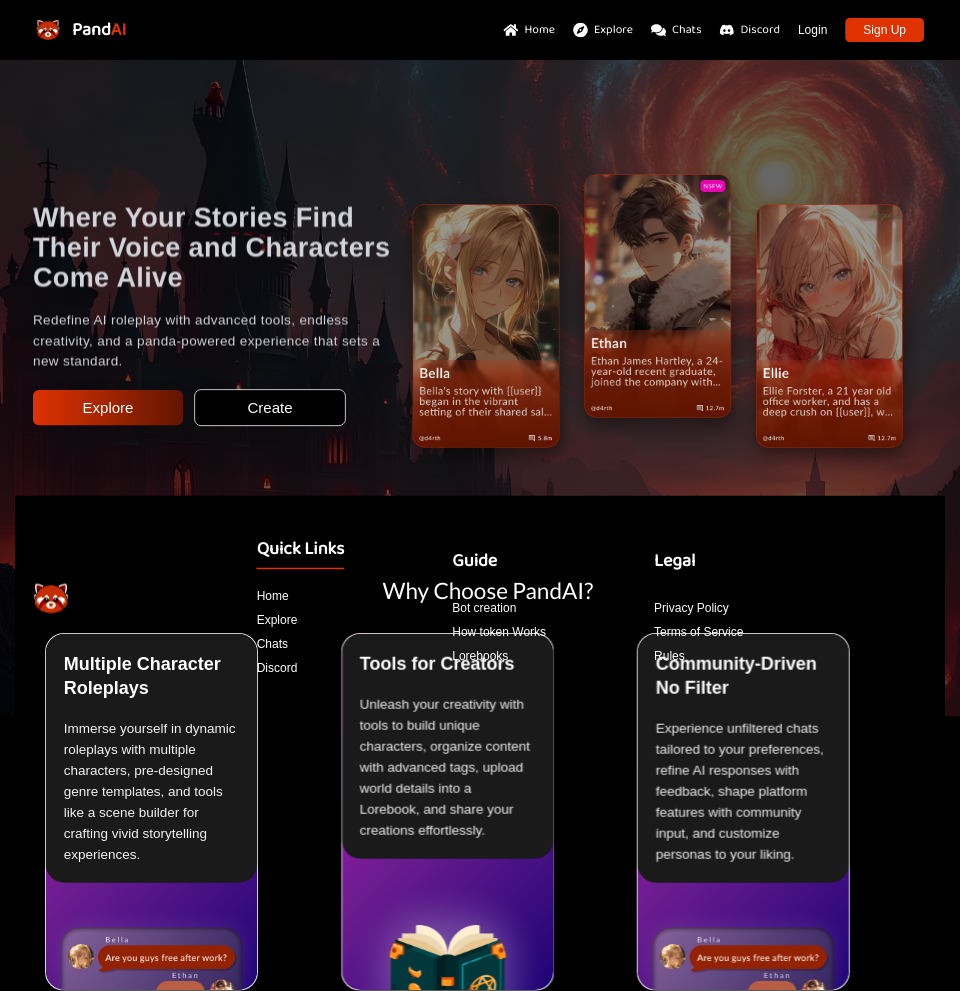
Repository: PandamoniumAI/Pandamonium
Page: /preview
These files come from the project's save history. The page is drawn as it stood at one moment and after a run of saves; the edit follows.
The browser window is 1280 px wide. The pictures show the whole page, at 75% of full size.
Some web libraries are served in a nearby version. The project was rebuilt for these pictures with package versions that can differ from the ones it lists, and the page was loaded fresh each time. Also part of the build but not shown: vite.config.js, src/Utils/Utils.js, src/Components/SearchBar/SearchBar.jsx, src/Components/CSS/CharacterCard.css, src/Components/CharacterCard/CharacterCard.jsx, src/Components/CSS/CharacterCardModal.css, src/Components/CharacterCardModal/CharacterCardModal.jsx, src/Components/CSS/Tags.css and 15 more.

Above is the page before, as saved 2025-01-01 22:05:44.

### index.html
<!doctype html>
<html lang="en">
  <head>
    <meta charset="UTF-8" />
    <link rel="icon" type="image/svg+xml" href="/src/assets/animal.png"/>
    <meta name="viewport" content="width=device-width, initial-scale=1.0" />
    <title>Pandamonium</title>
    <link
      href="https://cdn.jsdelivr.net/npm/bootstrap@5.3.0-alpha1/dist/css/bootstrap.min.css"
      rel="stylesheet"
    />
    <link
      href="https://cdn.jsdelivr.net/npm/bootstrap-icons/font/bootstrap-icons.css"
      rel="stylesheet"
    />
    <link
      href="https://cdnjs.cloudflare.com/ajax/libs/animate.css/4.1.1/animate.min.css"
      rel="stylesheet"
    />
  </head>

  <body>
    <div id="root"></div>
    <script src="https://kit.fontawesome.com/68b5244ee4.js" crossorigin="anonymous"></script>
    <script src="https://cdn.jsdelivr.net/npm/react/umd/react.production.min.js"></script>
    <script src="https://cdn.jsdelivr.net/npm/react-dom/umd/react-dom.production.min.js"></script>
    <script type="module" src="/src/main.jsx"></script>
    <script src="https://cdn.jsdelivr.net/npm/bootstrap@5.3.0-alpha1/dist/js/bootstrap.bundle.min.js"></script>
  </body>
</html>

### src/App.jsx
import HomePage from "./Components/HomePage/HomePage.jsx";
import Chat from "./Components/Chat/Chat.jsx";
import Create from "./Components/Create/Create.jsx";
import Error from "./Components/Error/Error.jsx";
import { BrowserRouter as Router, Routes, Route } from "react-router-dom";
import Preview from "../src/Preview/Preview.jsx";
function App() {
  return (
    <Router>
      <Routes>
        <Route path="/" element={<HomePage />} />
        <Route path="/chat/:characterId" element={<Chat />} />
        <Route path="/create" element={<Create />} />
        <Route path="*" element={<Error />} />
        <Route path="/preview" element={<Preview />} />
      </Routes>
    </Router>
  );
}

export default App;

### src/Preview/Preview.jsx
import React from "react";
import Animal from "../assets/animal.png";
import "./Preview.css";
import "tailwindcss/tailwind.css";
import {FaHome, FaCompass, FaComments, FaDiscord} from "react-icons/fa";
import image from "../assets/image.png";
import Chatcard from "../assets/Chat Card.png";
import Book from "../assets/Magical Book World Illustration 1.png";
import Roleplay from "../assets/Chat Card (1).png";

export default function Preview() {
  const handleCardHover = (event, element) => {
    const rect = element.getBoundingClientRect();
    const x = (event.clientX - rect.left) / rect.width - 0.5; // Normalize between -0.5 to 0.5
    const y = (event.clientY - rect.top) / rect.height - 0.5;

    element.style.transform = `rotateX(${y * 10}deg) rotateY(${x * 10}deg) scale(1.05)`;
  };

  return (
    <div className="main">
      <div className="fixed top-0 left-0 w-full bg-black bg-opacity-40 p-4 z-50 animate__animated animate__fadeInDown animate__faster">
  <div className="flex justify-between items-center w-full max-w-screen-xl mx-auto px-4">
    <div
      className="flex items-center space-x-4 cursor-pointer animate__animated animate__fadeIn animate__delay-1s animate__zoomIn hover:animate__pulse"
      onClick={() => window.scrollTo({ top: 0, behavior: "smooth" })}
    >
      <img className="w-8 h-8 animate__animated animate__bounceIn hover:animate__shakeX transition-all duration-300" src={Animal} alt="Logo" />
      <h1 className="text-2xl font-bold font-baloo text-white animate__animated animate__fadeInUp animate__delay-1s hover:text-[#E03201] transition-colors duration-300">
        Pand<span className="text-[#E03201]">AI</span>
      </h1>
    </div>

    <div className="flex items-center space-x-6 animate__animated animate__fadeIn animate__delay-2s">
      <button className="flex items-center text-white font-baloo hover:text-[#E03201] transition-all transform hover:scale-110 duration-300 hover:rotate-3">
        <FaHome className="mr-2 text-xl" />
        Home
      </button>
      <button className="flex items-center text-white font-baloo hover:text-[#E03201] transition-all transform hover:scale-110 duration-300 hover:rotate-3">
        <FaCompass className="mr-2 text-xl" />
        Explore
      </button>
      <button className="flex items-center text-white font-baloo hover:text-[#E03201] transition-all transform hover:scale-110 duration-300 hover:rotate-3">
        <FaComments className="mr-2 text-xl" />
        Chats
      </button>
      <button className="flex items-center text-white font-baloo hover:text-[#E03201] transition-all transform hover:scale-110 duration-300 hover:rotate-3">
        <FaDiscord className="mr-2 text-xl" />
        Discord
      </button>
      <button className="text-white hover:text-[#E03201] transition-all transform hover:scale-110 duration-300 hover:rotate-3">
        Login
      </button>
      <button className="bg-[#E03201] text-white px-4 py-1 rounded-md hover:bg-[#b02501] transition-all transform hover:scale-110 duration-300 hover:rotate-3">
        Sign Up
      </button>
    </div>
  </div>
</div>


      <div className="preview-container relative p-6 animate__animated animate__fadeInUp">
  <div className="Preview-text mt-[50px] absolute top-[200px] animate__animated animate__fadeInUp">
    <p className="text-4xl text-gray-300 font-bold mb-6 tracking-[0.5px] w-[500px] animate__animated animate__fadeIn animate__delay-1s">
      Where Your Stories Find Their Voice and Characters Come Alive
    </p>
    <p className="text-[18px] text-gray-300 leading-[27px] tracking-[0.5px] w-[500px] mb-8">
      Redefine AI roleplay with advanced tools, endless creativity, and a
      panda-powered experience that sets a new standard.
    </p>
  </div>

  <div className="Buttons absolute top-[500px] flex space-x-4 mb-8 animate__animated animate__fadeInUp animate__delay-2s">
    <button className="text-white text-xl h-[47px] w-[200px] rounded-lg shadow-2xl bg-gradient-to-r from-[#E03201] to-[#611600] transform hover:scale-105 transition-all duration-300 ease-in-out hover:shadow-orange-500/50 hover:shadow-lg">
      <span className="relative z-10">Explore</span>
    </button>
    <button
      className="create bg-black text-white text-xl h-[47px] w-[200px] rounded-lg shadow-2xl outline outline-1 hover:outline-none transition-all duration-300 ease-in-out transform hover:scale-105 hover:shadow-[#B22801]/50 hover:shadow-lg relative overflow-hidden group"
      style={{
        outlineImage:
          "linear-gradient(to right, #FFCBBB, #D07A5A, #A8382D, #611600)",
        outlineImageSlice: 1,
      }}
    >
      <span className="relative z-10">Create</span>
      <span className="absolute inset-0 bg-yellow-500 transform scale-x-0 group-hover:scale-x-100 transition-transform duration-300 origin-left"></span>
    </button>
  </div>

  <div className="absolute right-[30px] top-[200px] animate__animated animate__fadeInUp animate__delay-3s">
    <img src={image} alt="" />
  </div>
</div>


<div className="info px-10 relative bg-black animate__animated animate__fadeInUp animate__delay-1s" style={{ top: "700px" }}>
  <div className="infotext mb-8 text-white">
    <h1 className="text-3xl font-lato text-white ml-[450px] animate__animated animate__fadeIn animate__delay-2s">
      Why Choose PandAI?
    </h1>

    <div className="cards grid grid-cols-1 md:grid-cols-3 gap-6 mt-10">
      {[
        "Multiple Character Roleplays",
        "Tools for Creators",
        "Community-Driven No Filter",
      ].map((title, index) => (
        <div
          key={index}
          className="card relative flex flex-col justify-between w-[284px] h-[477px] rounded-[25px] overflow-hidden animate__animated animate__fadeIn animate__delay-3s"
          onMouseMove={(e) => handleCardHover(e, e.currentTarget)}
        >
          <div
            className="absolute inset-0 -z-10 rounded-[25px]"
            style={{
              background: "linear-gradient(135deg, #BF18C2, #6B1C8F, #1D0375)",
              position: "absolute",
              top: 0,
              left: 0,
              right: 0,
              bottom: 0,
              borderRadius: "25px",
              padding: "2px",
            }}
          />
          <div className="content p-6 bg-[#1A1A1A] flex flex-col justify-between h-full rounded-[25px] transition-all duration-300 ease-in-out transform hover:scale-105 hover:shadow-xl">
            <h2 className="text-2xl font-semibold mb-4 text-white animate__animated animate__fadeIn animate__delay-4s">
              {title}
            </h2>
            <p className="text-lg text-white animate__animated animate__fadeIn animate__delay-5s">
              {index === 0
                ? "Immerse yourself in dynamic roleplays with multiple characters, pre-designed genre templates, and tools like a scene builder for crafting vivid storytelling experiences."
                : index === 1
                  ? "Unleash your creativity with tools to build unique characters, organize content with advanced tags, upload world details into a Lorebook, and share your creations effortlessly."
                  : "Experience unfiltered chats tailored to your preferences, refine AI responses with feedback, shape platform features with community input, and customize personas to your liking."}
            </p>
          </div>
          <div className="image-container mt-4">
            {index === 0 ? (
              <img
                src={Chatcard}
                alt="Roleplay"
                className="w-full rounded-[25px] transition-all duration-300 transform hover:scale-110 hover:opacity-80"
              />
            ) : index === 1 ? (
              <img
                src={Book}
                alt="Creator Tools"
                className="w-full rounded-[25px] transition-all duration-300 transform hover:scale-110 hover:opacity-80"
              />
            ) : (
              <img
                src={Roleplay}
                alt="Community"
                className="w-full rounded-[25px] transition-all duration-300 transform hover:scale-110 hover:opacity-80"
              />
            )}
          </div>
        </div>
      ))}
    </div>
  </div>
</div>

          <div className="Footer bg-black py-8 px-6 mt-10 flex items-center justify-start space-x-36">
            <div className="flex items-center">
              <img
                className="w-12 h-12 mr-4 transform transition duration-300 hover:scale-110"
                src={Animal}
                alt="Logo"
              />
              <h1 className="text-3xl font-bold font-baloo text-white">
                Pand<span className="text-[#E03201]">AI</span>
              </h1>
            </div>

            <div className="Quicklinks mr-36 mt-6">
              <h1 className="text-2xl font-bold font-baloo text-white border-b-2 border-[#E03201] pb-2">
                Quick Links
              </h1>
              <ul className="list-none pl-0 mt-4 space-y-2">
                <li className="text-white hover:text-[#E03201] transition duration-300 transform hover:translate-x-2">
                  <a href="#">Home</a>
                </li>
                <li className="text-white hover:text-[#E03201] transition duration-300 transform hover:translate-x-2">
                  <a href="#">Explore</a>
                </li>
                <li className="text-white hover:text-[#E03201] transition duration-300 transform hover:translate-x-2">
                  <a href="#">Chats</a>
                </li>
                <li className="text-white hover:text-[#E03201] transition duration-300 transform hover:translate-x-2">
                  <a href="#">Discord</a>
                </li>
              </ul>
            </div>

            <div className="guide mr-36 mt-6">
              <h1 className="text-2xl font-bold font-baloo text-white border-b-2 border-[#E03201] pb-2">
                Guide
              </h1>
              <ul className="list-none pl-0 mt-4 space-y-2">
                <li className="text-white hover:text-[#E03201] transition duration-300 transform hover:translate-x-2">
                  <a href="#">Bot creation</a>
                </li>
                <li className="text-white hover:text-[#E03201] transition duration-300 transform hover:translate-x-2">
                  <a href="#">How token Works</a>
                </li>
                <li className="text-white hover:text-[#E03201] transition duration-300 transform hover:translate-x-2">
                  <a href="#">Lorebooks</a>
                </li>
              </ul>
            </div>

            <div className="legal mr-36 mt-6">
              <h1 className="text-2xl font-bold font-baloo text-white border-b-2 border-[#E03201] pb-2">
                Legal
              </h1>
              <ul className="list-none pl-0 mt-4 space-y-2">
                <li className="text-white hover:text-[#E03201] transition duration-300 transform hover:translate-x-2">
                  <a href="#">Privacy Policy</a>
                </li>
                <li className="text-white hover:text-[#E03201] transition duration-300 transform hover:translate-x-2">
                  <a href="#">Terms of Service</a>
                </li>
                <li className="text-white hover:text-[#E03201] transition duration-300 transform hover:translate-x-2">
                  <a href="#">Rules</a>
                </li>
              </ul>
            </div>
          </div>
        </div>
  );
}

### src/Preview/Preview.css
@tailwind base;
@tailwind components;
@tailwind utilities;

@font-face {
    font-family: 'BalooDa2';
    src: url('../assets/Fonts/BalooDa2-Regular.ttf') format('truetype');
    font-weight: 400;
    font-style: normal;
}

@font-face {
    font-family: 'Lato';
    src: url('./assets/fonts/Lato-Regular.ttf') format('truetype');
    font-weight: normal;
    font-style: normal;
  }

body {
    position: relative;
    background-color: #000;
    min-height: 100vh;
    margin: 0;
    display: flex;
    flex-direction: column;
}

body::before {
    content: '';
    position: absolute;
    top: 0;
    left: 0;
    right: 0;
    bottom: 0;
    background-image: url('../../src/assets/Castle.jpg');
    background-size: cover;
    background-position: center;
    opacity: 0.4;
    z-index: -1;
}

### src/Components/Chat/Sidebar/styles.css
.floating-btn {
  position: absolute;
  top: 50%;
  left: 20px;
  cursor: pointer;
  z-index: 999;
  width: 64px;
  height: 64px;
  background-color: transparent;
  border: none;
  border-radius: 50%;
  transition: left 0.6s ease, transform 0.3s ease;
  box-shadow: none; /* Removed shadow */
}

.floating-btn.open {
  left: calc(240px + 20px);
}

.floating-btn.closed {
  left: 20px;
}

.sidebar {
  position: fixed;
  top: 0;
  left: 0;
  height: 100vh;
  background-color: #333;
  transition: width 0.5s ease-in-out;
  overflow: hidden;
  border-radius: 0 20px 20px 0;
}

.sidebar.open {
  width: 240px;
}

.sidebar.closed {
  width: 0;
}

.panda-image {
  transition: transform 0.5s ease, transform-origin 0.5s ease;
}

.panda-image:hover {
  transform: rotate(360deg); /* Full 360° rotation on hover */
  transform-origin: center;
}

.floating-btn:hover img {
  transform: rotate(360deg); /* Rotate the image smoothly when hovering over it */
  transition: transform 0.6s ease-in-out;
}

/* Reverse rotation when mouse leaves */
.floating-btn img {
  transition: transform 0.6s ease-out;
}

.floating-btn img:hover {
  animation: pandaRotate 0.6s forwards;
}

@keyframes pandaRotate {
  0% {
      transform: rotate(0deg);
  }
  100% {
      transform: rotate(360deg);
  }
}

.floating-btn img:not(:hover) {
  animation: reversePandaRotate 0.6s forwards;
}

@keyframes reversePandaRotate {
  0% {
      transform: rotate(360deg);
  }
  100% {
      transform: rotate(0deg);
  }
}

#pandaBtn {
  transition: transform 0.6s ease-in-out;
}

@media (max-width: 768px) {
  .sidebar {
      display: none;
  }

  .floating-btn {
      left: 20px;
  }
}

Loaded but not shown: src/main.jsx (common file); tailwind.config.js (16 lines, source omitted); src/Components/CSS/HomePage.css (319 lines, source omitted); src/Components/CSS/Create.css (171 lines, source omitted); src/Components/Chat/ExtraCss.css (202 lines, source omitted)

After the next 2 saves:
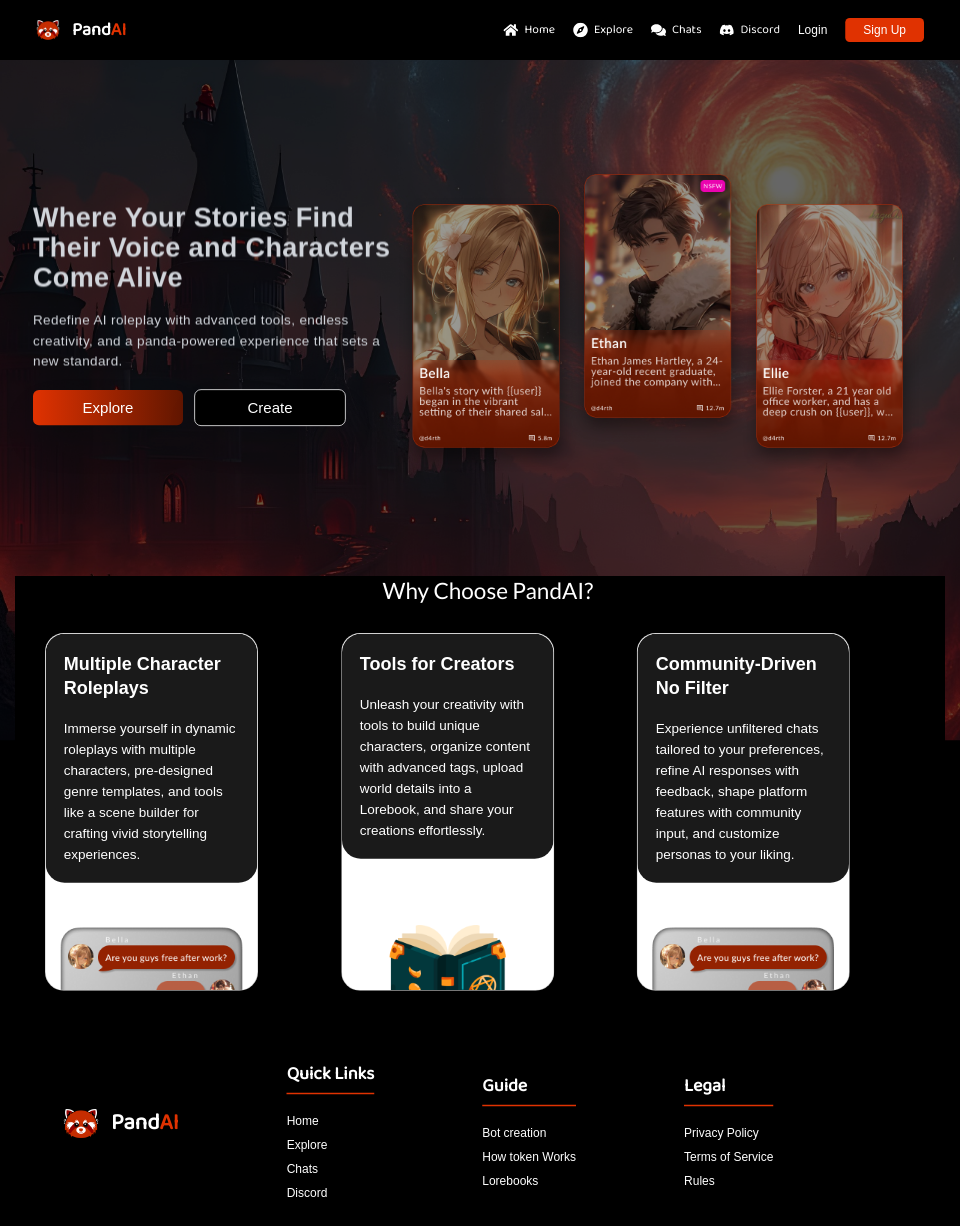
The 2 saves are shown as one change because they came seconds apart.
The last was saved 27 s later.
--- a/src/Preview/Preview.jsx
+++ b/src/Preview/Preview.jsx
@@ -93,74 +93,73 @@
 </div>
 
 
-<div className="info px-10 relative bg-black animate__animated animate__fadeInUp animate__delay-1s" style={{ top: "700px" }}>
-  <div className="infotext mb-8 text-white">
-    <h1 className="text-3xl font-lato text-white ml-[450px] animate__animated animate__fadeIn animate__delay-2s">
-      Why Choose PandAI?
-    </h1>
-
-    <div className="cards grid grid-cols-1 md:grid-cols-3 gap-6 mt-10">
-      {[
-        "Multiple Character Roleplays",
-        "Tools for Creators",
-        "Community-Driven No Filter",
-      ].map((title, index) => (
-        <div
-          key={index}
-          className="card relative flex flex-col justify-between w-[284px] h-[477px] rounded-[25px] overflow-hidden animate__animated animate__fadeIn animate__delay-3s"
-          onMouseMove={(e) => handleCardHover(e, e.currentTarget)}
-        >
-          <div
-            className="absolute inset-0 -z-10 rounded-[25px]"
-            style={{
-              background: "linear-gradient(135deg, #BF18C2, #6B1C8F, #1D0375)",
-              position: "absolute",
-              top: 0,
-              left: 0,
-              right: 0,
-              bottom: 0,
-              borderRadius: "25px",
-              padding: "2px",
-            }}
-          />
-          <div className="content p-6 bg-[#1A1A1A] flex flex-col justify-between h-full rounded-[25px] transition-all duration-300 ease-in-out transform hover:scale-105 hover:shadow-xl">
-            <h2 className="text-2xl font-semibold mb-4 text-white animate__animated animate__fadeIn animate__delay-4s">
-              {title}
-            </h2>
-            <p className="text-lg text-white animate__animated animate__fadeIn animate__delay-5s">
-              {index === 0
-                ? "Immerse yourself in dynamic roleplays with multiple characters, pre-designed genre templates, and tools like a scene builder for crafting vivid storytelling experiences."
-                : index === 1
-                  ? "Unleash your creativity with tools to build unique characters, organize content with advanced tags, upload world details into a Lorebook, and share your creations effortlessly."
-                  : "Experience unfiltered chats tailored to your preferences, refine AI responses with feedback, shape platform features with community input, and customize personas to your liking."}
-            </p>
+      <div className="info px-10 relative bg-black" style={{top: "700px"}}>
+        <div className="infotext mb-8 text-white">
+          <h1 className="text-3xl font-lato text-white ml-[450px]">
+            Why Choose PandAI?
+          </h1>
+
+          <div className="cards grid grid-cols-1 md:grid-cols-3 gap-6 mt-10">
+            {[
+              "Multiple Character Roleplays",
+              "Tools for Creators",
+              "Community-Driven No Filter",
+            ].map((title, index) => (
+              <div
+                key={index}
+                className="card relative flex flex-col justify-between w-[284px] h-[477px] rounded-[25px] overflow-hidden"
+                onMouseMove={(e) => handleCardHover(e, e.currentTarget)}
+              >
+                <div
+                  className="absolute inset-0 -z-10 rounded-[25px]"
+                  style={{
+                    background:
+                      "linear-gradient(135deg, #BF18C2, #6B1C8F, #1D0375)",
+                    position: "absolute",
+                    top: 0,
+                    left: 0,
+                    right: 0,
+                    bottom: 0,
+                    borderRadius: "25px",
+                    padding: "2px",
+                  }}
+                />
+                <div className="content p-6 bg-[#1A1A1A] flex flex-col justify-between h-full rounded-[25px]">
+                  <h2 className="text-2xl font-semibold mb-4 text-white">
+                    {title}
+                  </h2>
+                  <p className="text-lg text-white">
+                    {index === 0
+                      ? "Immerse yourself in dynamic roleplays with multiple characters, pre-designed genre templates, and tools like a scene builder for crafting vivid storytelling experiences."
+                      : index === 1
+                        ? "Unleash your creativity with tools to build unique characters, organize content with advanced tags, upload world details into a Lorebook, and share your creations effortlessly."
+                        : "Experience unfiltered chats tailored to your preferences, refine AI responses with feedback, shape platform features with community input, and customize personas to your liking."}
+                  </p>
+                </div>
+                <div className="image-container mt-4">
+                  {index === 0 ? (
+                    <img
+                      src={Chatcard}
+                      alt="Roleplay"
+                      className="w-full rounded-[25px]"
+                    />
+                  ) : index === 1 ? (
+                    <img
+                      src={Book}
+                      alt="Creator Tools"
+                      className="w-full rounded-[25px]"
+                    />
+                  ) : (
+                    <img
+                      src={Roleplay}
+                      alt="Community"
+                      className="w-full rounded-[25px]"
+                    />
+                  )}
+                </div>
+              </div>
+            ))}
           </div>
-          <div className="image-container mt-4">
-            {index === 0 ? (
-              <img
-                src={Chatcard}
-                alt="Roleplay"
-                className="w-full rounded-[25px] transition-all duration-300 transform hover:scale-110 hover:opacity-80"
-              />
-            ) : index === 1 ? (
-              <img
-                src={Book}
-                alt="Creator Tools"
-                className="w-full rounded-[25px] transition-all duration-300 transform hover:scale-110 hover:opacity-80"
-              />
-            ) : (
-              <img
-                src={Roleplay}
-                alt="Community"
-                className="w-full rounded-[25px] transition-all duration-300 transform hover:scale-110 hover:opacity-80"
-              />
-            )}
-          </div>
-        </div>
-      ))}
-    </div>
-  </div>
-</div>
 
           <div className="Footer bg-black py-8 px-6 mt-10 flex items-center justify-start space-x-36">
             <div className="flex items-center">
@@ -229,5 +228,7 @@
             </div>
           </div>
         </div>
+      </div>
+    </div>
   );
 }
